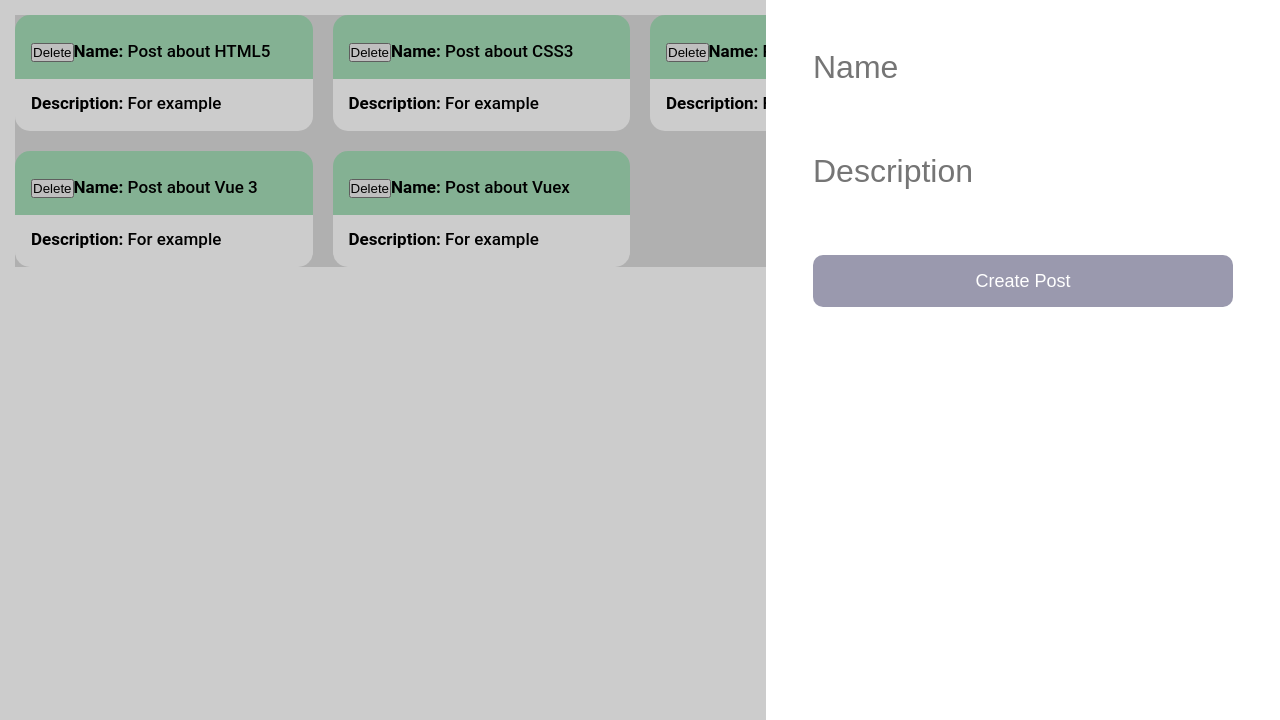
Repository: Axeliriya/vue-todo
Page: /
The author's editor kept a copy of each file at every save. The page is drawn from the files as they stood at one save, then again after the next save.
The browser window is 1280 px wide. The pictures show the whole page.
The project was rebuilt for these pictures with package versions that can differ from the ones it lists, and the page was loaded fresh each time. Also part of the build but not shown: vue.config.js.

Above is the page before, as saved 2022-04-01 20:48:28.

### public/index.html
<!DOCTYPE html>
<html lang="">
  <head>
    <meta charset="utf-8">
    <meta name="viewport" content="width=device-width,initial-scale=1.0">
    <link rel="icon" href="<%= BASE_URL %>favicon.ico">
    <title>Todo</title>
  </head>
  <body>
    <div id="app"></div>
  </body>
</html>

### src/App.vue
<template>
  <div class="app">
    <post-list :posts="posts" />
    <post-modal><post-form @create="createPost" /></post-modal>
  </div>
</template>

<script>
import PostList from '@/components/PostList';
import PostModal from '@/components/PostModal';
import PostForm from '@/components/PostForm';

export default {
  components: {
    PostList,
    PostModal,
    PostForm,
  },
  data() {
    return {
      posts: [
        { id: Date.now(), title: 'Post about HTML5', body: 'For example' },
        { id: Date.now() + 1, title: 'Post about CSS3', body: 'For example' },
        { id: Date.now() + 2, title: 'Post about React', body: 'For example' },
        { id: Date.now() + 3, title: 'Post about Redux', body: 'For example' },
        { id: Date.now() + 4, title: 'Post about Vue 3', body: 'For example' },
        { id: Date.now() + 5, title: 'Post about Vuex', body: 'For example' },
      ],
    };
  },
  methods: {
    createPost(post) {
      this.posts.push(post);
    },
  },
};
</script>

<style>
* {
  margin: 0;
  padding: 0;
  box-sizing: border-box;
}

body {
  font-family: 'Roboto', sans-serif;
}

ul {
  list-style-type: none;
}

img {
  display: block;
  width: 100%;
  height: auto;
}

.app {
  padding: 15px;
}
</style>

### src/components/PostList.vue
<template>
  <ul class="posts">
    <post-item v-for="post in posts" :post="post" :key="post.id" />
  </ul>
</template>

<script>
import PostItem from '@/components/PostItem';

export default {
  components: {
    PostItem,
  },
  props: {
    posts: {
      type: Array,
      required: true,
    },
  },
};
</script>

<style scoped>
.posts {
  display: grid;
  grid-template-columns: repeat(4, 1fr);
  gap: 20px;
  background-color: gainsboro;
}
</style>

### src/components/PostModal.vue
<template>
  <div class="overlay">
    <div class="modal">
      <slot></slot>
    </div>
  </div>
</template>

<script>
export default {};
</script>

<style scoped>
.overlay {
  position: fixed;
  top: 0;
  left: 0;
  width: 100%;
  height: 100vh;
  background-color: rgb(0, 0, 0, 0.2);
  display: flex;
  justify-content: end;
}

.modal {
  padding: 15px;
  background-color: #fff;
}
</style>

### src/components/PostForm.vue
<template>
  <form class="form" @submit.prevent>
    <input v-model="post.title" class="input" type="text" placeholder="Name" />
    <input
      v-model="post.body"
      class="input"
      type="text"
      placeholder="Description"
    />
    <div @click="createPost" class="button__wrapper">
      <button class="button" @click="createPost">Create Post</button>
    </div>
  </form>
</template>

<script>
export default {
  data() {
    return {
      post: {
        title: '',
        body: '',
      },
    };
  },
  methods: {
    createPost() {
      this.post.id = Date.now();
      this.$emit('create', this.post);
      this.post = {
        title: '',
        body: '',
      };
    },
  },
};
</script>

<style scoped>
.form {
  display: grid;
  grid-template-columns: 1fr;
}

.input {
  background-color: transparent;
  border: none;
  padding: 32px;
  font-weight: 400;
  font-size: 32px;
  line-height: 40px;
}

.button__wrapper {
  padding: 32px;
}

.button {
  width: 100%;
  border: none;
  background: rgb(3, 2, 53, 0.4);
  border-radius: 10px;
  padding: 16px;
  color: #ffffff;
  font-weight: 500;
  font-size: 18px;
  line-height: 20px;
  cursor: pointer;
}

.button:hover {
  background: rgb(3, 2, 53, 0.5);
}
</style>

### src/components/PostItem.vue
<template>
  <li class="post">
    <div class="post__title">
      <div class="post__button"><button>Delete</button></div>
      <div><strong>Name: </strong>{{ post.title }}</div>
    </div>
    <div class="post__description">
      <strong>Description: </strong>{{ post.body }}
    </div>
  </li>
</template>

<script>
export default {
  props: {
    post: {
      type: Object,
      required: true,
    },
  },
};
</script>

<style scoped>
.post {
  border-radius: 15px;
  font-weight: 500;
  font-size: 17px;
  line-height: 24px;
}

.post__title {
  display: flex;
  flex-direction: row;
  padding: 24px 16px 16px 16px;
  border-radius: 15px 15px 0 0;
  background-color: #a5ddb8;
}

.post__description {
  padding: 12px 16px 16px 16px;
  border-radius: 0 0 15px 15px;
  background-color: #ffffff;
}

.post__button {
}
</style>

Loaded but not shown: src/main.js (common file)

After the next save:
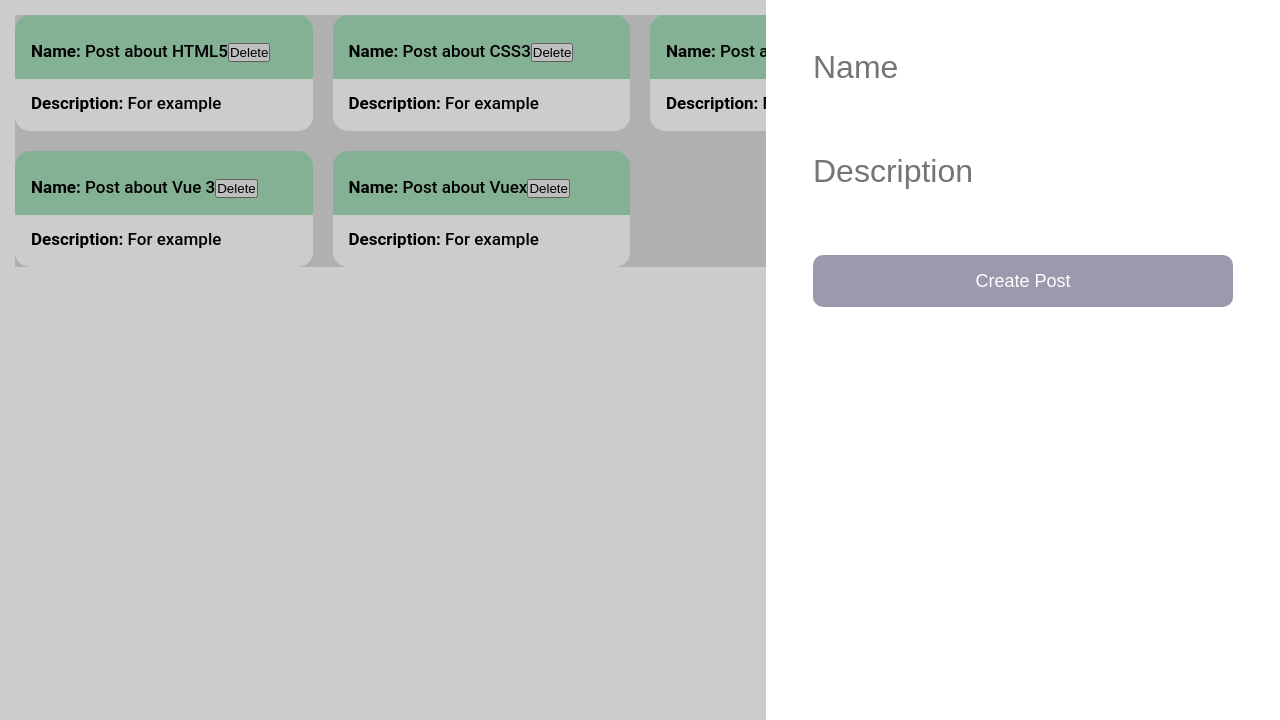
Saved 13 s later.
--- a/src/components/PostItem.vue
+++ b/src/components/PostItem.vue
@@ -1,8 +1,8 @@
 <template>
   <li class="post">
     <div class="post__title">
+      <div><strong>Name: </strong>{{ post.title }}</div>
       <div class="post__button"><button>Delete</button></div>
-      <div><strong>Name: </strong>{{ post.title }}</div>
     </div>
     <div class="post__description">
       <strong>Description: </strong>{{ post.body }}
